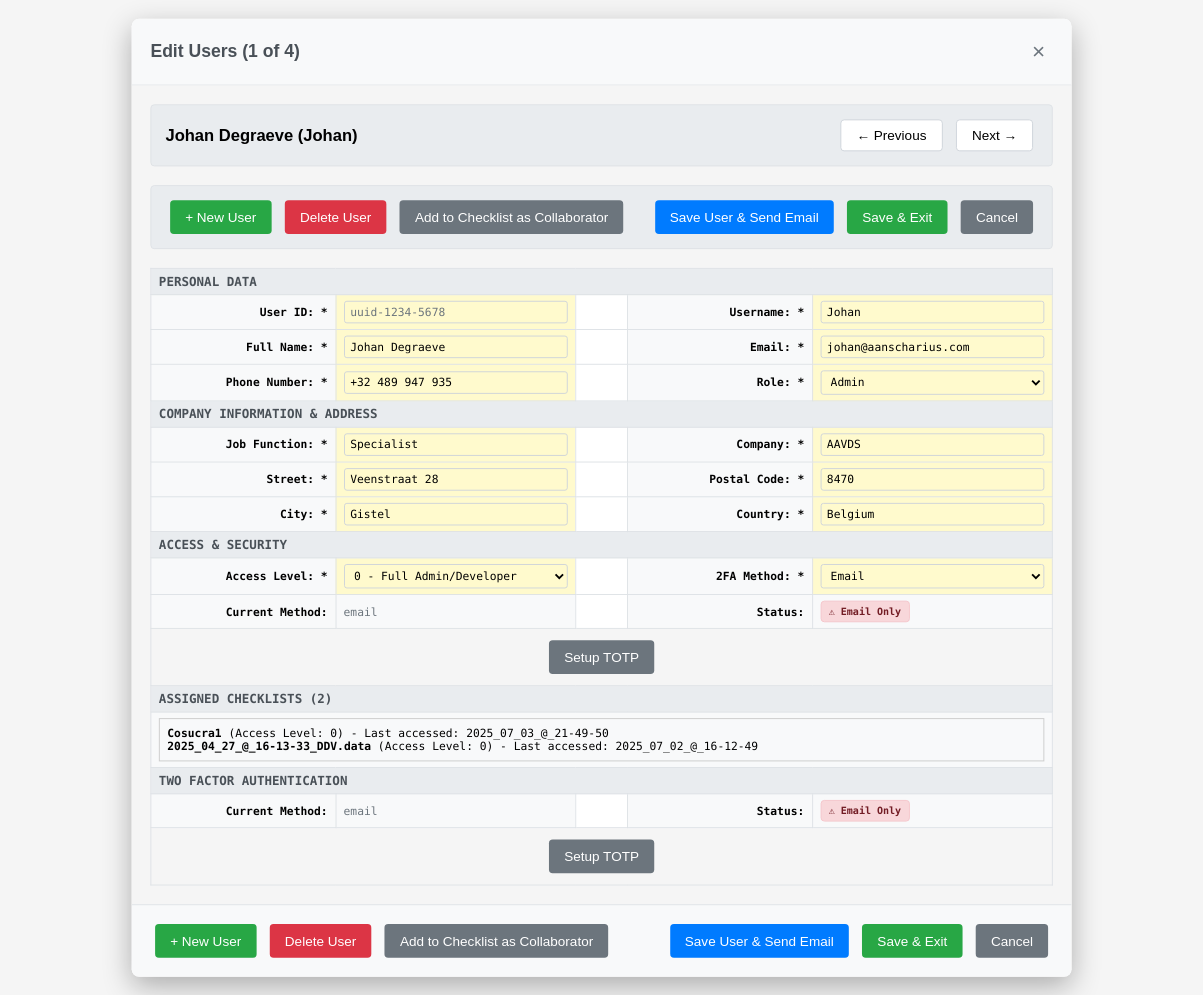
Repository: jeedee23/checklistrepo
Page: checklists/user-management-demo.html
These files come from the project's save history. The page is drawn as it stood at one moment and after the next save; the edit follows.
The browser window is 1280 px wide. The pictures show the whole page, at 94% of full size.

Above is the page before, as saved 2025-07-04 14:10:16.

After the next save:
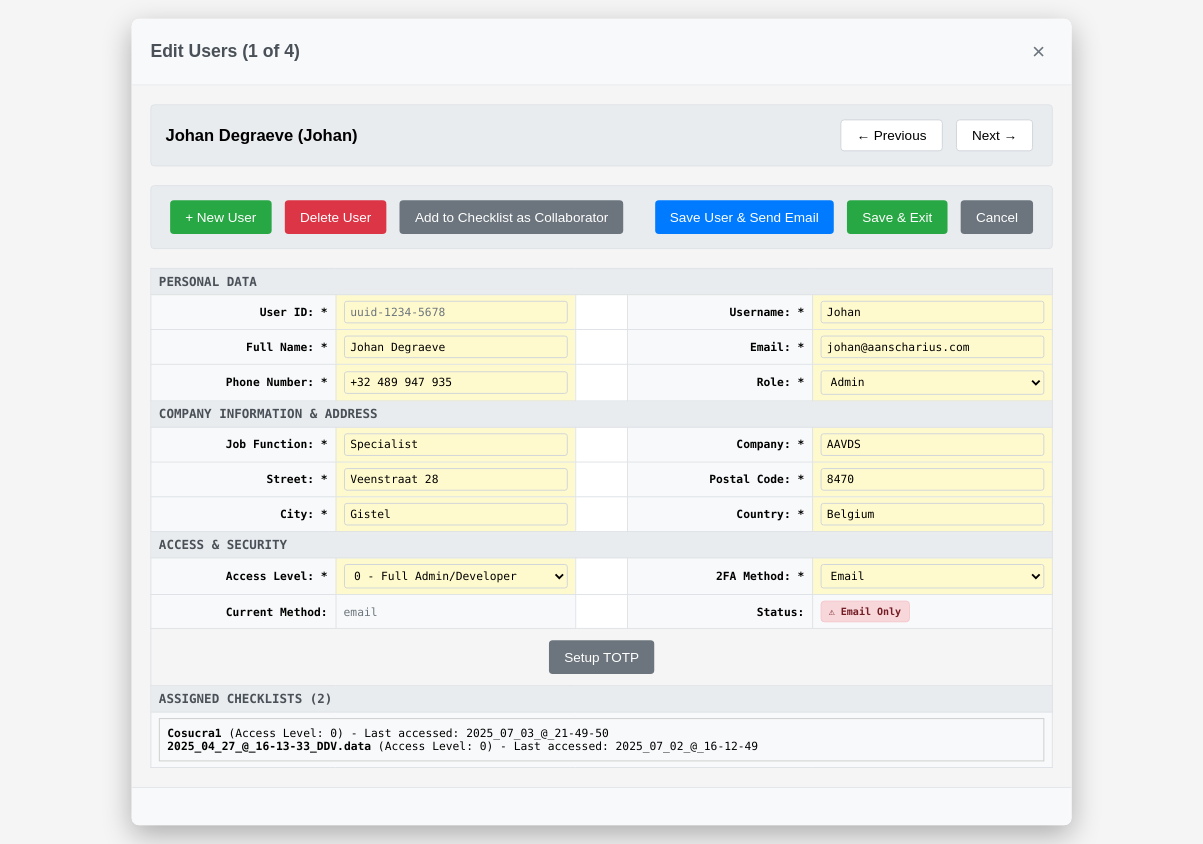
Saved 15 s later.
--- a/checklists/user-management-demo.html
+++ b/checklists/user-management-demo.html
@@ -349,39 +349,11 @@
                         </div>
                     </td>
                 </tr>
-
-                <!-- TWO FACTOR AUTHENTICATION Section -->
-                <tr>
-                    <td colspan="5" class="section-header">TWO FACTOR AUTHENTICATION</td>
-                </tr>
-                <tr>
-                    <td class="label">Current Method:</td>
-                    <td class="input-readonly">email</td>
-                    <td class="spacer">&nbsp;</td>
-                    <td class="label">Status:</td>
-                    <td class="input-readonly">
-                        <span class="status-badge inactive">⚠ Email Only</span>
-                    </td>
-                </tr>
-                <tr>
-                    <td colspan="5" style="text-align: center; padding: 12px; border: 1px solid #dee2e6;">
-                        <button class="btn btn-secondary">Setup TOTP</button>
-                    </td>
-                </tr>
             </table>
         </div>
 
         <div class="modal-footer">
-            <div>
-                <button class="btn btn-success">+ New User</button>
-                <button class="btn btn-danger">Delete User</button>
-                <button class="btn btn-secondary">Add to Checklist as Collaborator</button>
-            </div>
-            <div>
-                <button class="btn btn-primary">Save User & Send Email</button>
-                <button class="btn btn-success">Save & Exit</button>
-                <button class="btn btn-secondary">Cancel</button>
-            </div>
+            <!-- Footer kept minimal or can be removed since buttons are now at top -->
         </div>
     </div>
 </body>
